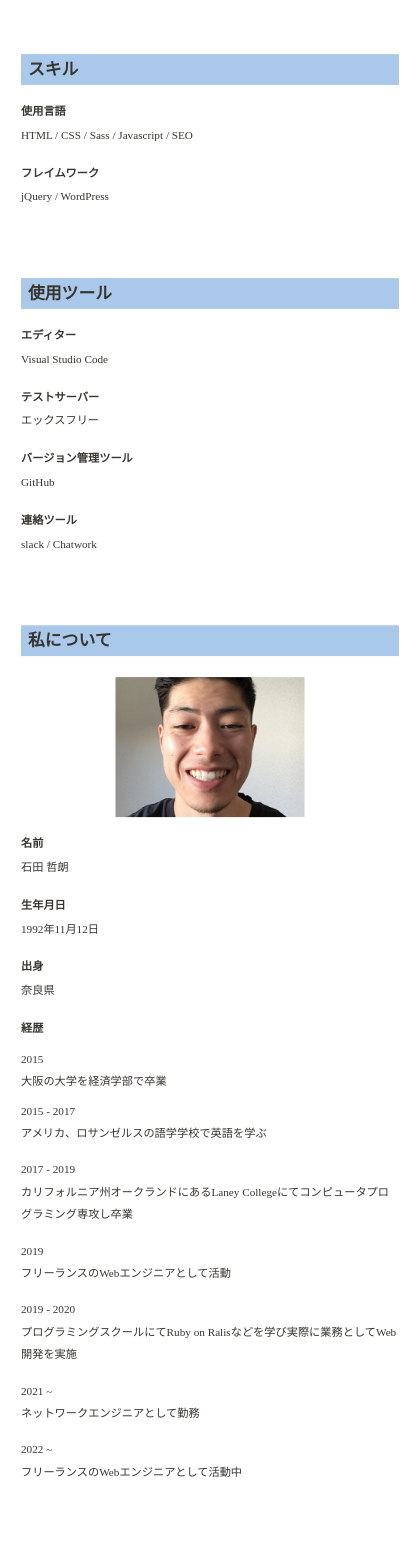
Repository: tetishi/my-portfolio
Page: index.html
An editor plug-in stored every save of this project. The page is shown before and after a run of saves, followed by the edit.
The browser window is 600 px wide. The pictures show the part of the page from y = 3725 to 5965 px (the page is 5955 px tall before and 5965 px after), at 70% of full size.
The style sheet was rebuilt from its Sass, Less or Tailwind sources for each picture, by a compiler version that may differ from the author's.

Above is the page before, as saved 2023-07-08 23:56:02.

### index.html
<!DOCTYPE html>
<html lang="ja">

<head>
    <meta name="robots" content="noindex">
    <meta charset="UTF-8">
    <meta name="viewport" content="width=device-width, initial-scale=1.0">
    <meta http-equiv="X-UA-Compatible" content="ie=edge">
    <meta property="og:title" content="ここにタイトル入れてください" />
    <meta property="og:type" content="website" />
    <meta property="og:url" content="#" />
    <meta property="og:image" content="#" />
    <meta property="og:site_name" content="" />
    <meta property="og:description" content="ここには説明文を入れてください" />
    <title>ポートフォリオ</title>
    <link rel="stylesheet" href="reset.css">
    <link rel="stylesheet" href="style.css">
    <link rel="icon" href="img/favicon.ico">

</head>

<body>
    <header>

    </header>

    <main>

        <section>
            <!-- ここ記入 -->
            <h1>ポートフォリオ<br class="d-none">（石田 哲朗）</h1>
            <p>お忙しい中 ご覧頂きありがとうございます。</p>
            <p>以下、過去の作品でございます。</p>
            <!-- ここ記入 -->
            <!-- <p>ベーシック認証がかかっているものは<br>ID aaa<br>パスワード aaa<br> です。</p> -->
        </section>
        <section>

            <h2>過去の作品</h2>
            <h3 class="sub-tit">LP作成</h3>

            <!-- １作品目 -->
            <div class="work">
                <!-- サイトのイメージ写真を入れます -->
                <picture>
                    <source srcset="img/munchkin.webp" type="image/webp">
                    <img src="img/munchkin.png">
                </picture>
                <!-- ここ記入 -->
                <p class="work_tit">MUNCHKIN</p>
                <!-- ここ記入 -->
                <p class="work_link"><a target="_blank" rel="noopener noreferrer" href="https://tetishi.github.io/munchkin2/">MUNCHKINへのリンク</a></p>
                <p class="details">＊担当業務</p>
                <p>コーディング</p>
                <p class="details">＊制作期間</p>
                <!-- ここ記入 -->
                <p>1週間</p>
                <p class="details">＊説明</p>
                <!-- ここ記入 -->
                <p>XDのデザインを元にHTML5, CSS3, jQueryを使いレスポンシブ対応のデザインカンプとして作成しました。jQueryによるアニメーション効果あり（ハンバーガーメニュー、スクロールボタン）</p>
            </div>

            <!-- 　２作品目 -->
            <div class="work">
                <!-- サイトのイメージ写真を入れます -->
                <picture>
                    <source srcset="img/start.webp" type="image/webp">
                    <img src="img/start.png">
                </picture>
                <!-- ここ記入 -->
                <p class="work_tit">START</p>
                <!-- ここ記入 -->
                <p class="work_link"><a target="_blank" rel="noopener noreferrer" href="https://tetishi.github.io/">STARTへのリンク</a></p>
                <p class="details">＊担当業務</p>
                <p>コーディング</p>
                <p class="details">＊制作期間</p>
                <!-- ここ記入 -->
                <p>1週間</p>
                <p class="details">＊説明</p>
                <!-- ここ記入 -->
                <p>XDのデザインを元にHTML5, CSS3, jQueryを使いレスポンシブ対応のデザインカンプとして作成しました。jQueryによるアニメーション効果あり（ハンバーガーメニュー）</p>
            </div>

            <!-- 　3作品目 -->
            <div class="work">
                <!-- サイトのイメージ写真を入れます -->
                <picture>
                    <source srcset="img/wdc.webp" type="image/webp">
                    <img src="img/wdc.png">
                </picture>
                <!-- ここ記入 -->
                <p class="work_tit">WDC</p>
                <!-- ここ記入 -->
                <p class="work_link"><a target="_blank" rel="noopener noreferrer" href="https://tetishi.github.io/wdc/">WDCへのリンク</a></p>
                <p class="details">＊担当業務</p>
                <p>コーディング</p>
                <p class="details">＊制作期間</p>
                <!-- ここ記入 -->
                <p>2週間</p>
                <p class="details">＊説明</p>
                <!-- ここ記入 -->
                <p>XDのデザインを元にHTML5, CSS3, jQueryを使いレスポンシブ対応のデザインカンプとして作成しました。jQueryによるアニメーション効果あり（ページ内スクロールボタン、トップに戻るボタン）</p>
            </div>

            <!-- 　4作品目 -->
            <div class="work">
                <!-- サイトのイメージ写真を入れます -->
                <picture>
                    <source srcset="img/cresta-design.webp" type="image/webp">
                    <img src="img/cresta-design.png">
                </picture>
                <!-- ここ記入 -->
                <p class="work_tit">Cresta Design</p>
                <!-- ここ記入 -->
                <p class="work_link"><a target="_blank" rel="noopener noreferrer" href="https://tetishi.github.io/cresta-design/">Cresta Designへのリンク</a></p>
                <p class="details">＊担当業務</p>
                <p>コーディング</p>
                <p class="details">＊制作期間</p>
                <!-- ここ記入 -->
                <p>2週間</p>
                <p class="details">＊説明</p>
                <!-- ここ記入 -->
                <p>XDのデザインを元にHTML5, CSS3, jQueryを使いレスポンシブ対応のデザインカンプとして作成しました。jQueryによるアニメーション効果あり（ハンバーガーメニュー、ページ内スクロールボタン）</p>
            </div>



            <!-- <h3 class="sub-tit">コーポレイトサイト作成</h3> -->
            <!-- <div class="work"> -->
                <!-- サイトのイメージ写真を入れます -->
                <!-- <picture>
                    <source srcset="img/#" type="image/webp">
                    <img src="img/#">
                </picture> -->
                <!-- ここ記入 -->
                <!-- <p class="work_tit">ここに作品のタイトルを入れます</p> -->
                <!-- ここ記入 -->
                <!-- <p class="work_link"><a target="_blank" rel="noopener noreferrer" href="#">ここにリンクを入れます</a></p>
                <p class="details">＊担当業務</p>
                <p>コーディング</p>
                <p class="details">＊制作期間</p> -->
                <!-- ここ記入 -->
                <!-- <p>○週間</p>
                <p class="details">＊説明</p> -->
                <!-- ここ記入 -->
                <!-- <p>ここに説明文を入れます</p>
            </div> -->


        </section>
        <section>
            <h2>スキル</h2>
            <h3 class="info-tit">使用言語</h3>
            <p>HTML / CSS / Sass / Javascript / SEO </p>
            <h3 class="info-tit">フレイムワーク</h3>
            <p>jQuery / WordPress</p>
        </section>
        <section>
            <h2>使用ツール</h2>
            <h3 class="info-tit">エディター</h3>
            <p>Visual Studio Code</p>
            <h3 class="info-tit">テストサーバー</h3>
            <p>エックスフリー</p>
            <h3 class="info-tit">バージョン管理ツール</h3>
            <p>GitHub</p>
            <h3 class="info-tit">連絡ツール</h3>
            <p>slack / Chatwork</p>
        </section>
        <section>
            <h2>私について</h2>
            <!-- 自分の写真を入れます -->
            <img class="people" src="img/myself.jpeg">
            <h3 class="info-tit">名前</h3>
            <!-- ここ記入 -->
            <p>石田 哲朗</p>
            <h3 class="info-tit">生年月日</h3>
            <!-- ここ記入 -->
            <p>1992年11月12日</p>
            <h3 class="info-tit">出身</h3>
            <!-- ここ記入 -->
            <p>奈良県</p>
            <h3 class="info-tit">経歴</h3>
            <!-- ここ記入 -->
            <ul class="carrier-list">
                <li class="carrier-item">
                    <p class="carrier-year">2015</p>
                    <p class="carrier-content">大阪の大学を経済学部で卒業</p>
                </li>
                <li class="carrier-item">
                    <p class="carrier-year">2015 - 2017</p>
                    <p class="carrier-content">アメリカ、ロサンゼルスの語学学校で英語を学ぶ</p>
                </li>
                <li class="carrier-item">
                    <p class="carrier-year">2017 - 2019</p>
                    <p class="carrier-content">カリフォルニア州オークランドにあるLaney Collegeにてコンピュータプログラミング専攻し卒業</p>
                </li>
                <li class="carrier-item">
                    <p class="carrier-year">2019</p>
                    <p class="carrier-content">フリーランスのWebエンジニアとして活動</p>
                </li>
                <li class="carrier-item">
                    <p class="carrier-year">2019 - 2020</p>
                    <p class="carrier-content">プログラミングスクールにてRuby on Ralisなどを学び実際に業務としてWeb開発を実施</p>
                </li>
                <li class="carrier-item">
                    <p class="carrier-year">2021 ~</p>
                    <p class="carrier-content">ネットワークエンジニアとして勤務</p>
                </li>
                <li class="carrier-item">
                    <p class="carrier-year">2022 ~</p>
                    <p class="carrier-content">フリーランスのWebエンジニアとして活動中</p>
                </li>
            </ul>
        </section>



    </main>

    <footer>

    </footer>

</body>

</html>

### reset.css
/*
html5doctor.com Reset Stylesheet
v1.6.1
Last Updated: 2010-09-17
Author: Richard Clark - http://richclarkdesign.com
Twitter: @rich_clark
*/

html,
body,
div,
span,
object,
iframe,
h1,
h2,
h3,
h4,
h5,
h6,
p,
blockquote,
pre,
abbr,
address,
cite,
code,
del,
dfn,
em,
img,
ins,
kbd,
q,
samp,
small,
strong,
sub,
sup,
var,
b,
i,
dl,
dt,
dd,
ol,
ul,
li,
fieldset,
form,
label,
legend,
table,
caption,
tbody,
tfoot,
thead,
tr,
th,
td,
article,
aside,
canvas,
details,
figcaption,
figure,
footer,
header,
hgroup,
menu,
nav,
section,
summary,
time,
mark,
audio,
video {
    margin: 0;
    padding: 0;
    border: 0;
    outline: 0;
    font-size: 100%;
    vertical-align: baseline;
    background: transparent;
}

body {
    line-height: 1;
}

article,
aside,
details,
figcaption,
figure,
footer,
header,
hgroup,
menu,
nav,
section {
    display: block;
}

nav ul {
    list-style: none;
}

blockquote,
q {
    quotes: none;
}

blockquote:before,
blockquote:after,
q:before,
q:after {
    content: '';
    content: none;
}

a {
    margin: 0;
    padding: 0;
    font-size: 100%;
    vertical-align: baseline;
    background: transparent;
}


/* change colours to suit your needs */

ins {
    background-color: #ff9;
    color: #000;
    text-decoration: none;
}


/* change colours to suit your needs */

mark {
    background-color: #ff9;
    color: #000;
    font-style: italic;
    font-weight: bold;
}

del {
    text-decoration: line-through;
}

abbr[title],
dfn[title] {
    border-bottom: 1px dotted;
    cursor: help;
}

table {
    border-collapse: collapse;
    border-spacing: 0;
}


/* change border colour to suit your needs */

hr {
    display: block;
    height: 1px;
    border: 0;
    border-top: 1px solid #cccccc;
    margin: 1em 0;
    padding: 0;
}

input,
select {
    vertical-align: middle;
}


/*end reset css*/

### style.scss
$main-color: #AAC8E9;
img {
    width: 100%;
}

h1,
h2,
h3,
p {
    color: #37352F;
}

a {
    color: #7A7975;
}

h1 {
    font-size: 2.5rem;
    margin-bottom: 50px;
}

h2 {
    background-color: $main-color;
    font-size: 1.5rem;
    padding: 10px;
    margin-top: 100px;
}

p {
    line-height: 2;
}

.d-flex {
    display: flex;
}

.d-none {
    display: none;
}

.d-block {
    display: block;
}

header {
    height: 50px;
    width: 100%;
    position: fixed;
    top: 0;
    background-color: #ffffff;
    margin-bottom: 50px;
    display: flex;
    align-items: center;
    .logo {
        width: 150px;
    }
}

.header-inner {
    width: 90%;
    margin: 0 auto;
}

main {
    max-width: 800px;
    width: 80%;
    margin: 150px auto;
}

.sub-tit {
    margin-top: 70px;
    margin-bottom: -60px;
}

.info-tit {
    margin: 30px 0 10px 0;
}

.work {
    width: 90%;
    margin: 0 auto;
    margin-top: 100px;
    img {
        max-height: 300px;
        object-fit: contain;
        margin: 0 auto;
        margin-bottom: 30px;
        display: block;
    }
    .d-flex img {
        max-width: 450px;
        width: 70%;
    }
}

.details {
    margin-top: 30px;
}

.people {
    height: 200px;
    width: 20%;
    object-fit: cover;
    margin-top: 50px;
}

.carrier-item {
    display: flex;
    .carrier-year {
        white-space: nowrap;
        width: 20%;
    }
    .carrier-content {
        width: 80%;
    }
}

@media all and (max-width:650px) {
    main {
        width: 90%;
        margin: 100px auto;
    }
    .d-flex {
        display: block;
    }
    .d-none {
        display: block;
    }
    .d-block {
        display: none !important;
    }
    h1 {
        font-size: 2rem;
    }
    .people {
        display: block;
        width: 50%;
        margin: 0 auto;
        margin-top: 30px;
    }
    // .carrier-list {
    //     list-style-type: disc;
    // }
    .carrier-item {
        display: block;
        padding: 10px 0;
        &:first-of-type {
            padding-bottom: 0;
        }
        // list-style-type: disc;
        .carrier-year {
            // list-style-type: disc;
            width: 100%;
        }
        .carrier-content {
            width: 100%;
        }
    }
}

After the next 2 saves:
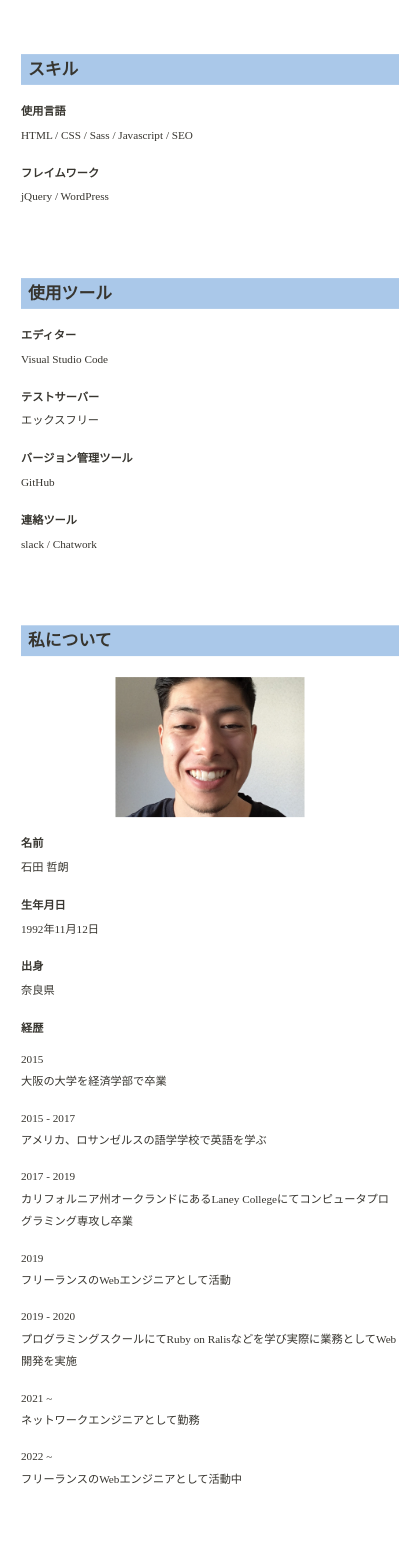
The 2 saves are shown as one change because they came seconds apart.
The last was saved 11 s later.
--- a/style.scss
+++ b/style.scss
@@ -145,7 +145,7 @@ main {
         display: block;
         padding: 10px 0;
         &:first-of-type {
-            padding-bottom: 0;
+            padding-bottom: 10px;
         }
         // list-style-type: disc;
         .carrier-year {
